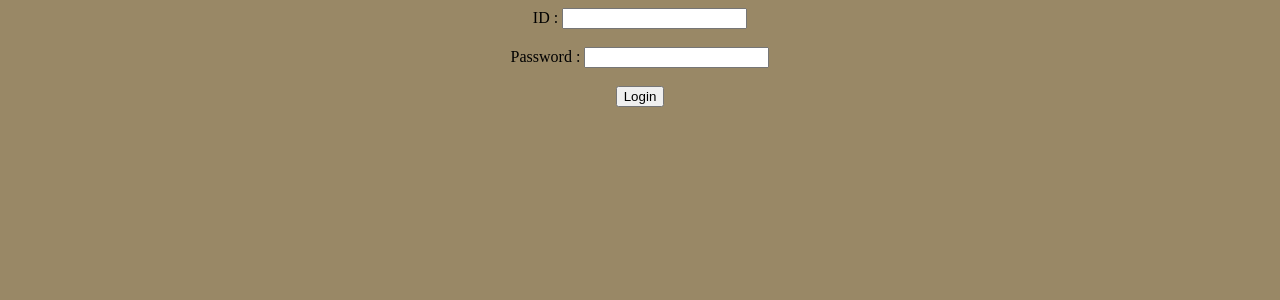
Repository: venkatasanthoshpamuru/Advance_Java_Projects
Page: First_JSP/src/main/webapp/Form.html
The author's editor kept a copy of each file at every save. The page is drawn from the files as they stood at one save, then again after the next save.
The browser window is 1280 px wide. The pictures show the whole page.

Above is the page before, as saved 2024-03-09 06:41:14.

### First_JSP/src/main/webapp/Form.html
<!DOCTYPE html>
<html>
  <head>
    <title>First JSP</title>
  </head>
  <body bgcolor="#986" style="text-align: center;">
    <form method="post" action="">
     <label>ID : </label>
     <input type="text" name="userid" id="userid" required/><br><br>
     <label>Password : </label>
     <input type="password" name="password" id="password" required/><br><br>
     <button type="submit">Login</button>
    </form>
  </body>
</html>

After the next save:
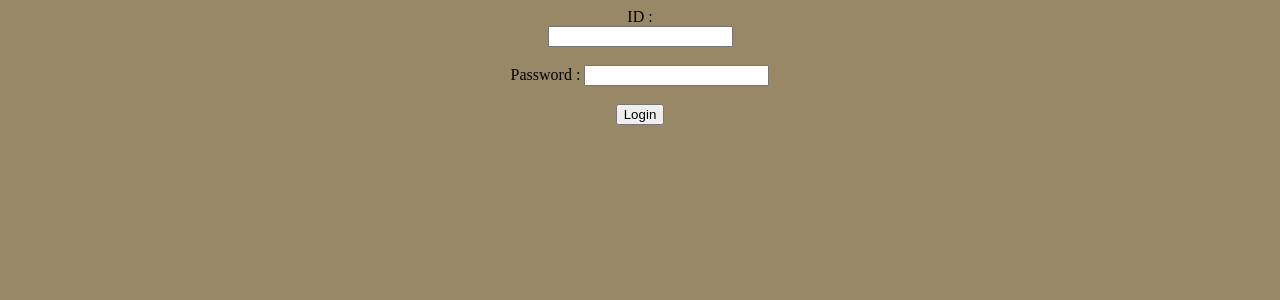
Saved 41 s later.
--- a/First_JSP/src/main/webapp/Form.html
+++ b/First_JSP/src/main/webapp/Form.html
@@ -5,7 +5,7 @@
   </head>
   <body bgcolor="#986" style="text-align: center;">
     <form method="post" action="">
-     <label>ID : </label>
+     <label>ID : </label><br>
      <input type="text" name="userid" id="userid" required/><br><br>
      <label>Password : </label>
      <input type="password" name="password" id="password" required/><br><br>

After the save that followed:
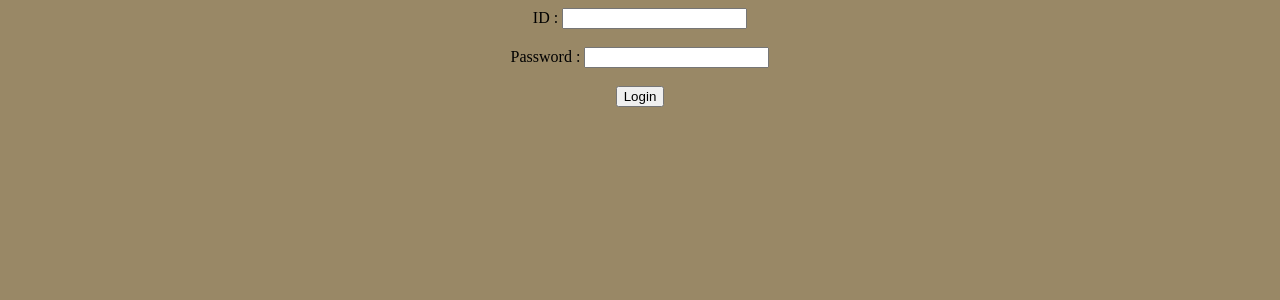
Saved 39 s later.
--- a/First_JSP/src/main/webapp/Form.html
+++ b/First_JSP/src/main/webapp/Form.html
@@ -5,7 +5,7 @@
   </head>
   <body bgcolor="#986" style="text-align: center;">
     <form method="post" action="">
-     <label>ID : </label><br>
+     <label>  ID : </label>
      <input type="text" name="userid" id="userid" required/><br><br>
      <label>Password : </label>
      <input type="password" name="password" id="password" required/><br><br>
